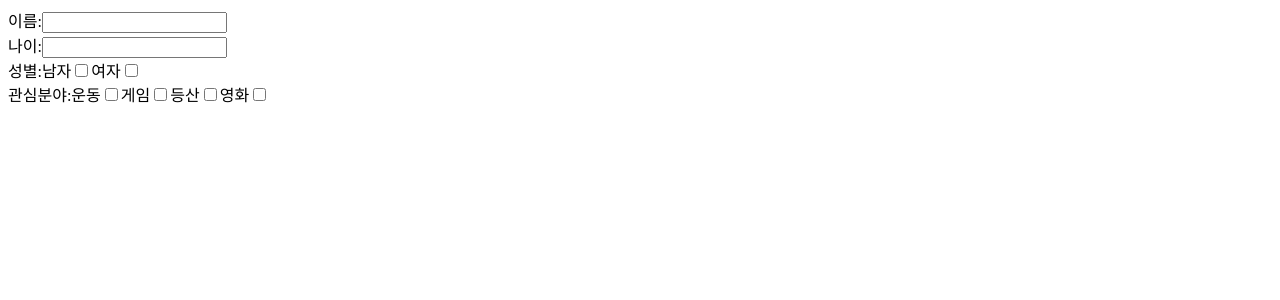
Repository: yubeens/JSP
Page: http://localhost/JSP_Project/exam/formInput.jsp
These files come from the project's save history. The page is drawn as it stood at one moment and after the next save; the edit follows.
The browser window is 1280 px wide. The pictures show the whole page.
The page is served by Tomcat 9. Other server files are loaded and not shown.

Above is the page before, as saved 2025-02-27 04:59:19.

### JSP_Project/src/main/webapp/exam/formInput.jsp
<%@ page language="java" contentType="text/html; charset=UTF-8"
    pageEncoding="UTF-8"%>
<!DOCTYPE html>
<html>
<head>
<meta charset="UTF-8">
<title>Insert title here</title>
</head>
<body>
<form>
이름:<input type="text" name="name"><br>
나이:<input type="number" name="age"><br>
성별:남자<input type="checkbox" name="gender">여자<input type="checkbox" name="gender"><br>
관심분야:운동<input type="checkbox" name="hobby">게임<input type="checkbox" name="hobby">등산<input type="checkbox" name="hobby">영화<input type="checkbox" name="hobby">
</form>

</body>
</html>

After the next save:
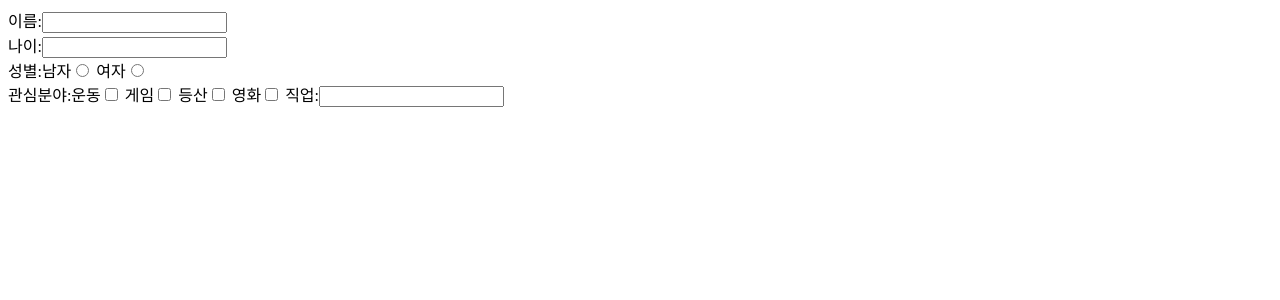
Saved 7 min 21 s later.
--- a/JSP_Project/src/main/webapp/exam/formInput.jsp
+++ b/JSP_Project/src/main/webapp/exam/formInput.jsp
@@ -10,8 +10,13 @@
 <form>
 이름:<input type="text" name="name"><br>
 나이:<input type="number" name="age"><br>
-성별:남자<input type="checkbox" name="gender">여자<input type="checkbox" name="gender"><br>
-관심분야:운동<input type="checkbox" name="hobby">게임<input type="checkbox" name="hobby">등산<input type="checkbox" name="hobby">영화<input type="checkbox" name="hobby">
+성별:남자<label><input type="radio" name="gender" value="man"></label>
+	여자<label><input type="radio" name="gender" value="woman"></label><br>
+관심분야:운동<input type="checkbox" name="health" value="health">
+	  게임<input type="checkbox" name="game" value="game">
+	  등산<input type="checkbox" name="mauntin" value="mountin">
+	  영화<input type="checkbox" name="movie" value="movie">
+직업:<input type=
 </form>
 
 </body>
